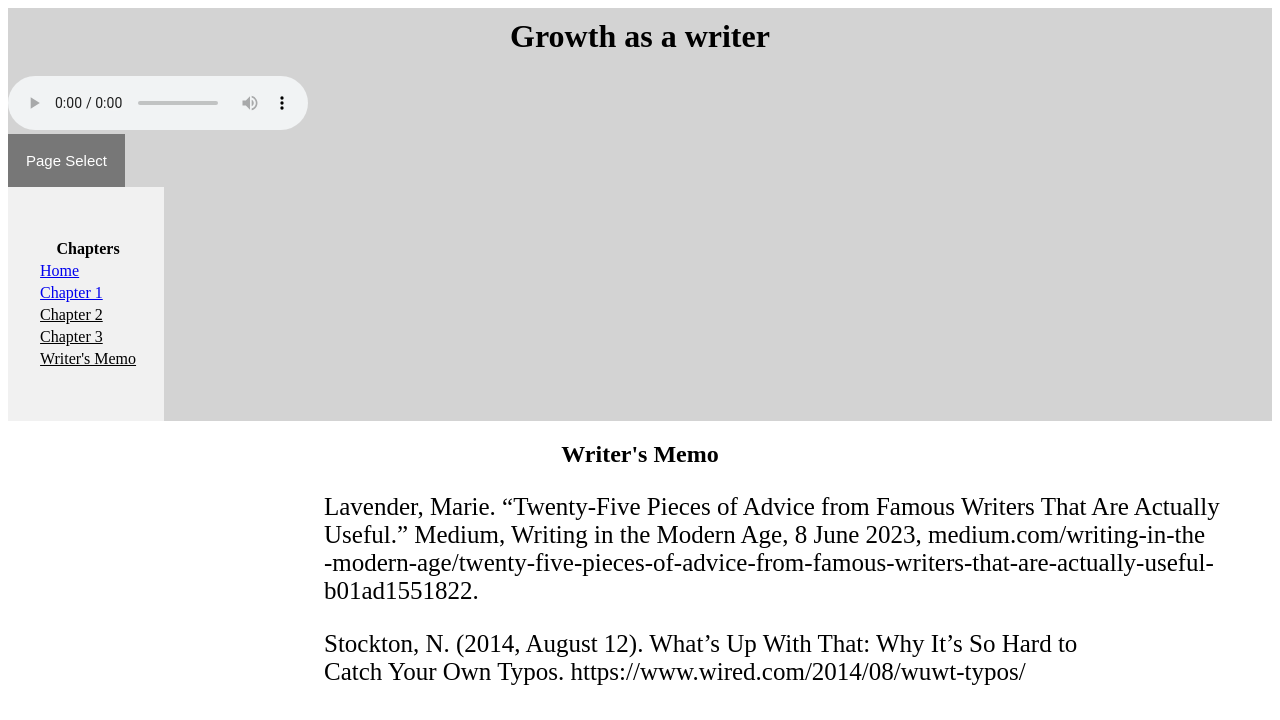
Repository: jpaisiem/WP-4
Page: WorksCited.html
An editor plug-in stored every save of this project. The page is shown before and after the next save, followed by the edit.
The browser window is 1280 px wide. The pictures show the whole page.

Above is the page before, as saved 2025-05-01 12:09:22.
Console error: TypeError: Cannot read properties of undefined (reading 'toggle')

### WorksCited.html
<!DOCTYPE html>
<html>
<head>
<meta name="viewport" content="width=device-width, initial-scale=1">
<style>
.collapsible {
  background-color: #777;
  color: white;
  cursor: pointer;
  padding: 18px;
  width: fit-content;
  border: none;
  text-align: left;
  outline: none;
  font-size: 15px;
}

.active, .collapsible:hover {
  background-color: #555;
}

.content {
  display: flex;
  flex-direction: column;
  overflow: hidden;
  background-color: #f1f1f1;
  width: fit-content;
  height: fit-content;
  padding-left: 2.3%;
  padding-right: 2%;
}
p
{
 font-size: 25px;
 text-align: left;
 margin-left:25%;
}
li
{
 font-size: 25px;
 text-align: left;
 margin-left: 5%;

}
</style>
<title>Growth as a writer - Chapter 3</title>
</head>
<body>
    <div style="background-color: lightgray; display: flex; flex-direction: column; margin-top: 0%;">
        <h1 style="text-align: center; background-color: lightgray; padding-top: 10px; margin-top: 0%;">Growth as a writer</h1>
        <div style="align-items: center;">
        <audio controls>
            <source src="audio.mp3" type="audio/mpeg">
        </audio>
        </div>
<button type="button" class="collapsible">Page Select</button>
<div class="content">
  <p><table>
    <tr>
        <th>Chapters</th>
    </tr>
    <tr>
        <td><a href="index.html">Home</a></td>
    </tr>
    <tr>
        <td><a href="Chapter1.html">Chapter 1</a></td>
    </tr>
     <tr>
        <td><a href="Chapter2.html" style="color: black;">Chapter 2</a></td>
    </tr>
    <tr>
        <td><a href="Chapter3.html" style="color: black;">Chapter 3</a></td>
    </tr>
    <tr>
        <td><a href="WritersMemo.html" style="color: black;">Writer&apos;s Memo</a></td>
    </tr>
  </table></p>
</div>
    </div>
<div style="text-align: center;">
     <h2 style="text-align: center;">Writer&apos;s Memo</h2>
     <p>
    Lavender, Marie. “Twenty-Five Pieces of Advice from Famous Writers That Are Actually <br>
    Useful.” Medium, Writing in the Modern Age, 8 June 2023, medium.com/writing-in-the<br>
    -modern-age/twenty-five-pieces-of-advice-from-famous-writers-that-are-actually-useful-<br>
    b01ad1551822.<br>
</p>
<p>
  Stockton, N. (2014, August 12). What’s Up With That: Why It’s So Hard to <br>
  Catch Your Own Typos. <iWired. <br>
  https://www.wired.com/2014/08/wuwt-typos/<br>
</p>
</div>
<script>
var coll = document.getElementsByClassName("collapsible");
var i;

for (i = 0; i < coll.length; i++) {
  coll[i].addEventListener("click", function() {
    this.classList.toggle("active");
    var content = this.nextElementSibling;
    if (content.style.display === "block") {
      content.style.display = "none";
    } else {
      content.style.display = "block";
    }
  });
}
if(location.reload){
    this.classList.toggle("collapsible");
}
</script>

</body>
</html>

After the next save:
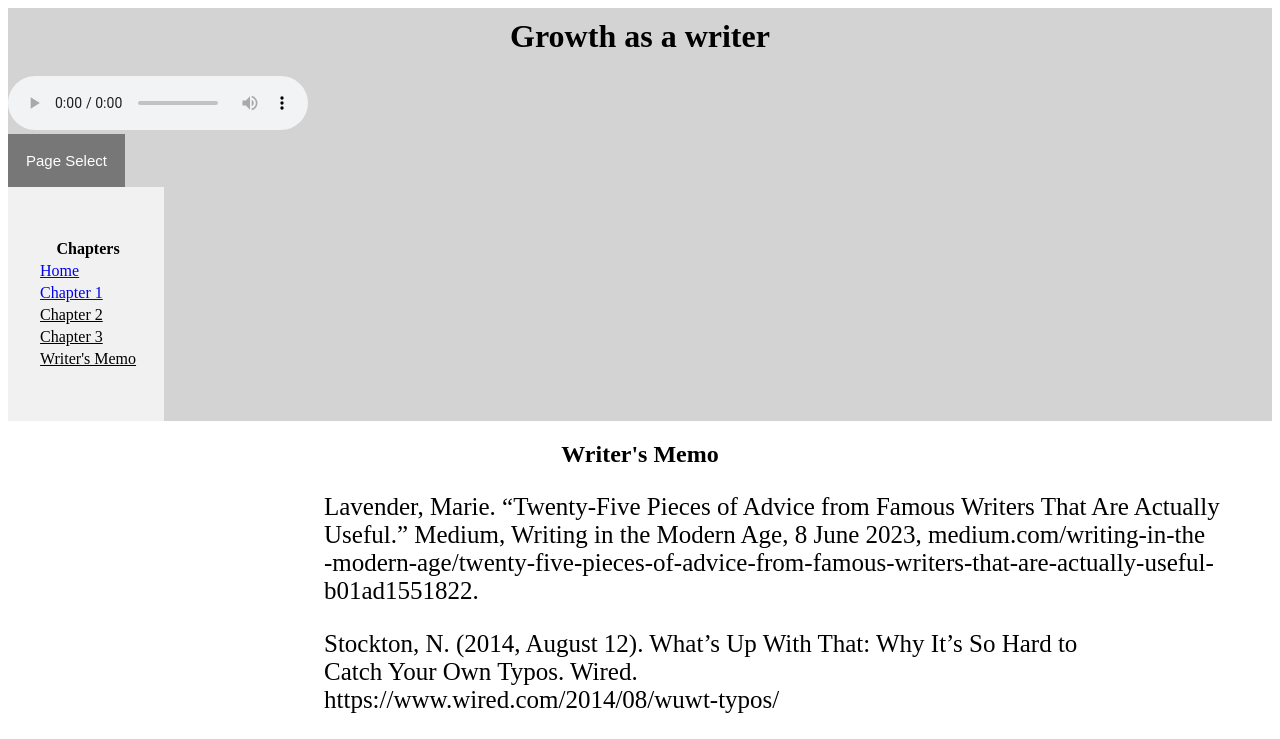
Saved 1 s later.
--- a/WorksCited.html
+++ b/WorksCited.html
@@ -87,7 +87,7 @@ li
 </p>
 <p>
   Stockton, N. (2014, August 12). What’s Up With That: Why It’s So Hard to <br>
-  Catch Your Own Typos. <iWired. <br>
+  Catch Your Own Typos. <i></i>Wired. <br>
   https://www.wired.com/2014/08/wuwt-typos/<br>
 </p>
 </div>
